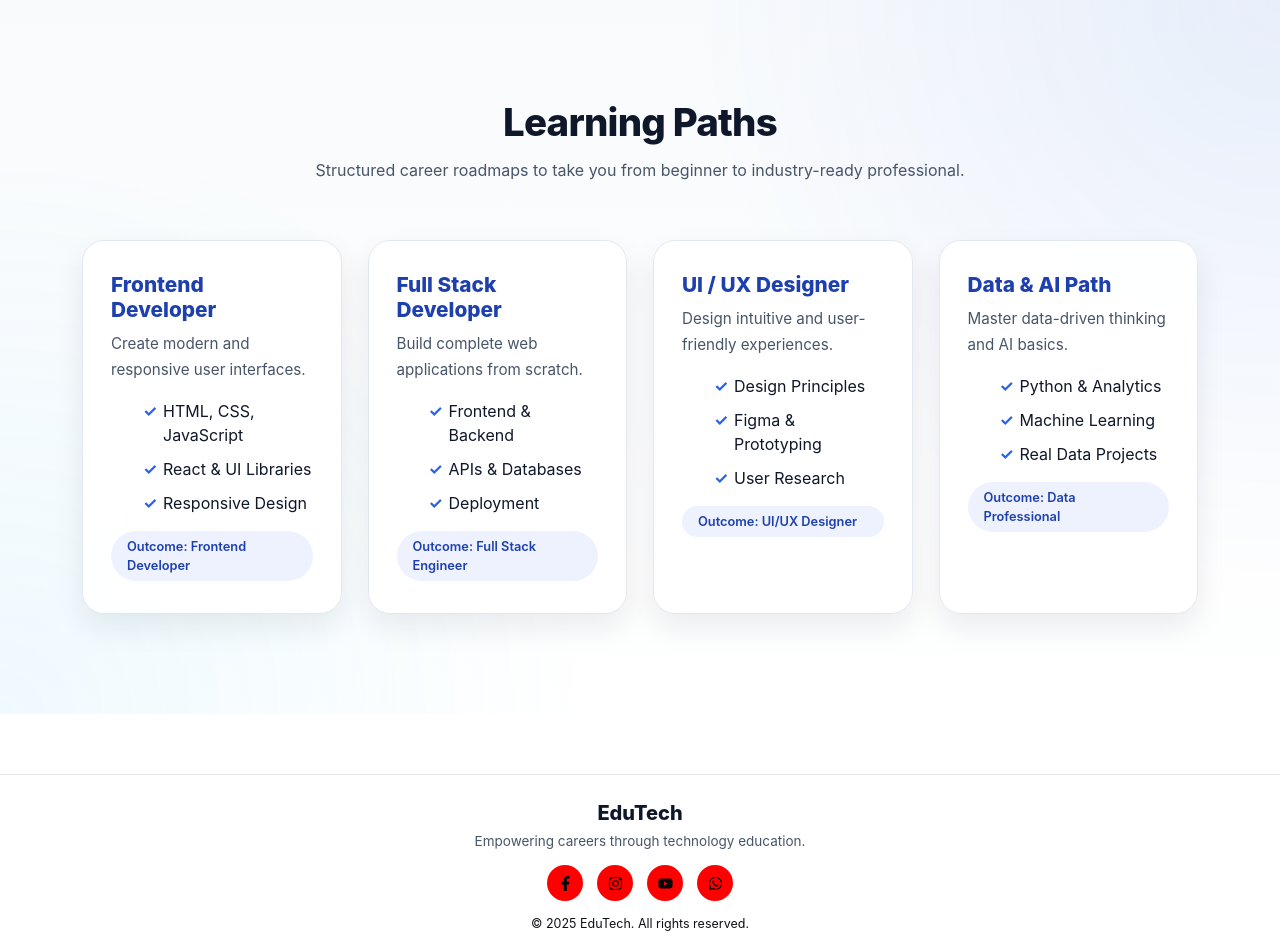
Repository: Aswin74k/project-2
Page: /
An editor plug-in stored every save of this project. The page is shown before and after a run of saves, followed by the edit.
The browser window is 1280 px wide. The pictures show the part of the page from y = 2045 to 2997 px (the page is 2997 px tall).
The project was rebuilt for these pictures with package versions that can differ from the ones it lists, and the page was loaded fresh each time. Also part of the build but not shown: vite.config.js, src/project/course.css, src/project/Course.jsx, src/project/About.css, src/project/About.jsx, src/project/Enroll.css, src/project/Enroll.jsx, src/project/contact.css and 2 more.

Above is the page before, as saved 2025-12-25 19:45:45.

### src/main.jsx
import React from "react";
import ReactDOM from "react-dom/client";
import { BrowserRouter } from "react-router-dom";
import App from "./project/App";
import { AuthProvider } from "./context/AuthContext"; // ✅ ADD THIS
import "bootstrap/dist/css/bootstrap.min.css";

ReactDOM.createRoot(document.getElementById("root")).render(
  <React.StrictMode>
    <BrowserRouter>
      <AuthProvider>
        <App />
      </AuthProvider>
    </BrowserRouter>
  </React.StrictMode>
);

### src/project/App.jsx
import React from "react";
import { Routes, Route } from "react-router-dom";

import EduNavbar from "./EduNavbar";
import Home from "./Home";
import Course from "./Course";
import About from "./About";
import Enroll from "./Enroll";
import Contact from "./Contact";
import ProtectedRoute from "./ProtectedRoute";

export default function App() {
  return (
    <>
      <EduNavbar />

      <Routes>
        <Route path="/" element={<Home />} />
        <Route path="/courses/:id" element={<Course />} />
        <Route path="/about" element={<About />} />
        <Route path="/Contact" element={<Contact />} />


        <Route
          path="/enroll"
          element={
            <ProtectedRoute>
              <Enroll />
            </ProtectedRoute>
          }
        />
      </Routes>

    </>
  );
}

### src/context/AuthContext.jsx
import { createContext, useContext, useState, useEffect } from "react";

const AuthContext = createContext();

export function AuthProvider({ children }) {
  const [user, setUser] = useState(null);
  const [loading, setLoading] = useState(true);

  useEffect(() => {
    const savedUser = JSON.parse(
      localStorage.getItem("loggedInUser")
    );
    if (savedUser) setUser(savedUser);
    setLoading(false);
  }, []);

  const login = (email, password) => {
    const users =
      JSON.parse(localStorage.getItem("registeredUsers")) || [];

    const foundUser = users.find(
      (u) => u.email === email && u.password === password
    );

    if (!foundUser) {
      return { success: false, message: "Invalid email or password" };
    }

    localStorage.setItem(
      "loggedInUser",
      JSON.stringify(foundUser)
    );
    setUser(foundUser);

    return {
      success: true,
      message: `Welcome back, ${foundUser.firstName}`,
    };
  };

  const signup = (data) => {
    const users =
      JSON.parse(localStorage.getItem("registeredUsers")) || [];

    if (users.some((u) => u.email === data.email)) {
      return {
        success: false,
        message: "User already exists with this email!",
      };
    }

    users.push(data);
    localStorage.setItem(
      "registeredUsers",
      JSON.stringify(users)
    );

    localStorage.setItem(
      "loggedInUser",
      JSON.stringify(data)
    );
    setUser(data);

    return {
      success: true,
      message: "Account created successfully",
    };
  };

  const logout = () => {
    localStorage.removeItem("loggedInUser");
    setUser(null);
  };

  return (
    <AuthContext.Provider
      value={{ user, login, signup, logout, loading }}
    >
      {children}
    </AuthContext.Provider>
  );
}

export const useAuth = () => useContext(AuthContext);

### src/project/Home.jsx
import React from "react";
import { Container, Row, Col, Card } from "react-bootstrap";
import { Link } from "react-router-dom";
import {
  FaGraduationCap,
  FaUsers,
  FaChalkboardTeacher,
  FaBriefcase,
  FaStar,
  FaFacebookF,
  FaInstagram,
  FaYoutube,
  FaWhatsapp
} from "react-icons/fa";
import "./Home.css";

export default function Home() {
  const courses = [
    {
      id: "fullstack",
      title: "Full Stack Development",
      level: "Beginner",
      duration: "6 Months",
      rating: "4.8",
      img: "https://encrypted-tbn0.gstatic.com/images?q=tbn:ANd9GcQPaNXGBezXv5c0v_XSQ6pqOScRBb2ShM3IWg&s",
    },
    {
      id: "mern",
      title: "MERN Stack Development",
      level: "Intermediate",
      duration: "5 Months",
      rating: "4.7",
      img: "https://images.prismic.io/loco-blogs/79328284-f97b-489f-924c-eb3b17e34b56_image2.png",
    },
    {
      id: "uiux",
      title: "UI / UX Design",
      level: "Beginner",
      duration: "4 Months",
      rating: "4.6",
      img: "https://www.almondsolutions.com/images/blog-ui-ux-150223.jpg",
    },
    {
      id: "datascience",
      title: "Data Science",
      level: "Advanced",
      duration: "6 Months",
      rating: "4.9",
      img: "https://bernardmarr.com/wp-content/uploads/2022/11/The-Top-5-Data-Science-And-Analytics-Trends-In-2023.jpg",
    },
    {
      id: "dataanalytics",
      title: "Data Analytics",
      level: "Beginner",
      duration: "4 Months",
      rating: "4.6",
      img: "https://blog.herzing.ca/hubfs/data%20analytics.jpg",
    },
    {
      id: "aiml",
      title: "AI & Machine Learning",
      level: "Advanced",
      duration: "6 Months",
      rating: "4.9",
      img: "https://www.jellyfishtechnologies.com/wp-content/uploads/2021/10/Artificial-Intelligence-versus-Machine-Learning.png",
    },
    {
      id: "cloud",
      title: "Cloud Computing",
      level: "Intermediate",
      duration: "4 Months",
      rating: "4.7",
      img: "https://bernardmarr.com/img/The%205%20Biggest%20Cloud%20Computing%20Trends%20In%202021.jpg",
    },
    {
      id: "devops",
      title: "DevOps Engineering",
      level: "Advanced",
      duration: "5 Months",
      rating: "4.8",
      img: "https://www.itrainu.in/wp-content/uploads/2021/03/DEVOPS-1.jpg",
    },
  ];

  return (
    <div className="home">

      {/* HERO */}
      <section className="hero-section">
        <Container>
          <div className="hero-content">
            <h1>
              Learn Future-Ready Skills with <span>EduTech</span>
            </h1>
            <p>
              Industry-aligned courses, real-world projects, and expert mentors
              to accelerate your career.
            </p>

            <div className="hero-actions">
              <Link to="/about" className="btn btn-outline-light btn-lg">
                Learn More
              </Link>
            </div>
          </div>
        </Container>
      </section>

      {/* STATS */}
      <section className="stats-section">
        <Container>
          <Row className="g-4">
            <Col md={3}><div className="stat-box"><FaUsers /><h3>25K+</h3><p>Learners</p></div></Col>
            <Col md={3}><div className="stat-box"><FaGraduationCap /><h3>8+</h3><p>Courses</p></div></Col>
            <Col md={3}><div className="stat-box"><FaChalkboardTeacher /><h3>50+</h3><p>Mentors</p></div></Col>
            <Col md={3}><div className="stat-box"><FaBriefcase /><h3>100+</h3><p>Projects</p></div></Col>
          </Row>
        </Container>
      </section>

      {/* COURSES */}
      <section className="courses-section">
        <Container>
          <h2 className="section-title">Popular Courses</h2>
          <Row>
            {courses.map((course) => (
              <Col lg={3} md={4} sm={6} key={course.id} className="mb-4">
                <Card className="course-card h-100">
                  <Card.Img src={course.img} className="course-img" />
                  <Card.Body>
                    <Card.Title>{course.title}</Card.Title>
                    <div className="course-meta">
                      <span>{course.level}</span>
                      <span>{course.duration}</span>
                    </div>
                    <div className="course-rating">
                      <FaStar /> {course.rating}
                    </div>
                    <Link to={`/courses/${course.id}`} className="btn btn-outline-primary w-100 mt-3">
                      View Details
                    </Link>
                  </Card.Body>
                </Card>
              </Col>
            ))}
          </Row>
        </Container>
      </section>
{/* LEARNING PATHS */}
<section className="paths-section">
  <div className="container">
    <h2 className="section-title">Learning Paths</h2>
    <p className="section-subtitle">
      Structured career roadmaps to take you from beginner to industry-ready professional.
    </p>

    <div className="paths-grid">
      <div className="path-card">
        <h4>Frontend Developer</h4>
        <p>Create modern and responsive user interfaces.</p>

        <ul>
          <li>HTML, CSS, JavaScript</li>
          <li>React & UI Libraries</li>
          <li>Responsive Design</li>
        </ul>

        <div className="path-outcome">Outcome: Frontend Developer</div>
      </div>

      <div className="path-card">
        <h4>Full Stack Developer</h4>
        <p>Build complete web applications from scratch.</p>

        <ul>
          <li>Frontend & Backend</li>
          <li>APIs & Databases</li>
          <li>Deployment</li>
        </ul>

        <div className="path-outcome">Outcome: Full Stack Engineer</div>
      </div>

      <div className="path-card">
        <h4>UI / UX Designer</h4>
        <p>Design intuitive and user-friendly experiences.</p>

        <ul>
          <li>Design Principles</li>
          <li>Figma & Prototyping</li>
          <li>User Research</li>
        </ul>

        <div className="path-outcome">Outcome: UI/UX Designer</div>
      </div>

      <div className="path-card">
        <h4>Data & AI Path</h4>
        <p>Master data-driven thinking and AI basics.</p>

        <ul>
          <li>Python & Analytics</li>
          <li>Machine Learning</li>
          <li>Real Data Projects</li>
        </ul>

        <div className="path-outcome">Outcome: Data Professional</div>
      </div>
    </div>
  </div>
</section>



      {/* FOOTER */}
      <footer className="footer">
        <Container className="text-center">
          <h3 className="footer-logo">EduTech</h3>
          <p className="footer-tagline">
            Empowering careers through technology education.
          </p>

          <div className="footer-social">
            <a className="fb"><FaFacebookF /></a>
            <a className="ig"><FaInstagram /></a>
            <a className="yt"><FaYoutube /></a>
            <a className="wa"><FaWhatsapp /></a>
          </div>

          <p className="copy">© 2025 EduTech. All rights reserved.</p>
        </Container>
      </footer>

    </div>
  );
}

### src/project/Navbar.css
/* ================= ROOT VARIABLES ================= */
:root {
  --primary: #111827;
  --primary-soft: rgba(17, 24, 39, 0.08);
  --danger: #ef4444;
  --success: #22c55e;

  --text-dark: #000000;
  --text-muted: #6b7280;

  --border-light: #e5e7eb;
  --bg-white: #ffffff;
}

/* ================= NAVBAR ================= */
.navbar {
  background: var(--bg-white);
  padding: 14px 0;
  border-bottom: 1px solid var(--border-light);
  transition: all 0.3s ease;
  z-index: 1000;
}

.navbar-scrolled {
  box-shadow: 0 10px 30px rgba(0, 0, 0, 0.08);
}

/* ================= BRAND ================= */
.navbar-brand {
  font-size: 1.8rem;
  font-weight: 900;
  letter-spacing: -0.5px;

  background: linear-gradient(90deg, #2563eb, #38bdf8);

  background-clip: text;              /* standard */
  -webkit-background-clip: text;      /* safari/chrome */
  -webkit-text-fill-color: transparent;

  transition: all 0.25s ease;
}

/* Optional hover (subtle, classy) */
.navbar-brand:hover {
  transform: translateY(-1px);
  filter: brightness(1.1);
}



/* ================= NAV LINKS ================= */
.navbar-nav .nav-link {
  color: var(--text-dark) !important;
  font-weight: 600;
  font-size: 0.95rem;
  padding: 8px 14px;
  position: relative;
}

.navbar-nav .nav-link::after {
  content: "";
  position: absolute;
  left: 50%;
  bottom: 2px;
  width: 0;
  height: 2px;
  background: var(--text-dark);
  transform: translateX(-50%);
  transition: width 0.3s ease;
}

.navbar-nav .nav-link:hover::after {
  width: 70%;
}

/* ================= SEARCH ================= */
.custom-search {
  position: relative;
  width: 210px;
}

.custom-search input {
  width: 100%;
  padding: 10px 42px 10px 16px;
  border-radius: 999px;
  border: 1px solid var(--border-light);
  background: #e4e5e6;
  font-size: 0.9rem;
}

.custom-search svg {
  position: absolute;
  right: 14px;
  top: 50%;
  transform: translateY(-50%);
  color: var(--text-muted);
}

/* ================= USER ================= */
.username {
  background: var(--primary-soft);
  color: var(--text-dark);
  padding: 6px 14px;
  border-radius: 999px;
  font-size: 0.85rem;
  font-weight: 600;
}

.user-icon {
  font-size: 22px;
  color: var(--text-dark);
  cursor: pointer;
}

/* ================= LOGOUT ICON ================= */
.logout-icon {
  font-size: 24px;
  color: var(--text-dark);
  cursor: pointer;
}

.logout-icon:hover {
  color: var(--danger);
}

/* ================= MODALS ================= */
.modal-content {
  border-radius: 22px;
  border: none;
  box-shadow: 0 30px 90px rgba(0, 0, 0, 0.25);
  padding: 20px;
}

.modal-header {
  border-bottom: 1px solid var(--border-light);
}

.modal-title {
  font-weight: 700;
}

.modal-body {
  padding: 28px 32px 32px;
}

/* ================= AUTH INPUT (IMAGE MATCHED) ================= */
.auth-input {
  width: 100%;
  height: 56px;
  border-radius: 16px;
  border: 1.5px solid #d1d5db;
  padding: 14px 18px;
  font-size: 1rem;
  margin-bottom: 18px;
  background: #ffffff;
}

.auth-input:focus {
  outline: none;
  border-color: #6366f1;
  box-shadow: 0 0 0 2px rgba(99, 102, 241, 0.25);
}

/* ================= PASSWORD ================= */
.password-wrapper {
  position: relative;
}

.password-wrapper span {
  position: absolute;
  right: 18px;
  top: 40%;
  transform: translateY(-50%);
  font-size: 18px;
  color: var(--text-muted);
  cursor: pointer;
}

/* ================= NAME ROW (SIGNUP) ================= */
.name-row {
  display: grid;
  grid-template-columns: 1fr 1fr;
  gap: 18px;
  margin-bottom: 18px;
}

/* ================= AUTH BUTTON ================= */
.auth-btn {
  width: 100%;
  height: 56px;
  border-radius: 16px;
  background: var(--text-dark);
  border: none;
  color: #fff;
  font-size: 1.05rem;
  font-weight: 600;
  margin-top: 8px;
}

.auth-btn:hover {
  opacity: 0.9;
}

/* ================= AUTH FOOTER ================= */
.auth-footer {
  margin-top: 16px;
  text-align: center;
  font-size: 0.9rem;
  color: var(--text-muted);
}

.auth-footer span {
  color: var(--text-dark);
  font-weight: 600;
  cursor: pointer;
}

/* ================= LOGOUT MODAL ================= */
.logout-modal .logout-icon-wrapper {
  width: 64px;
  height: 64px;
  background: rgba(0, 0, 0, 0.08);
  color: var(--danger);
  border-radius: 50%;
  display: flex;
  align-items: center;
  justify-content: center;
  font-size: 28px;
  margin: 0 auto 16px;
}

.logout-actions {
  display: flex;
  gap: 14px;
  justify-content: center;
}

.logout-cancel {
  padding: 10px 22px;
  border-radius: 14px;
  border: 2px solid var(--text-dark);
  background: transparent;
  font-weight: 600;
}

.logout-confirm {
  padding: 10px 22px;
  border-radius: 14px;
  background: var(--danger);
  border: none;
  color: #fff;
  font-weight: 600;
}

/* ================= MOBILE ================= */
@media (max-width: 768px) {
  .navbar-collapse {
    background: #ffffff;
    padding: 18px;
    border-radius: 16px;
    margin-top: 10px;
  }

  .custom-search {
    width: 100%;
    margin-top: 12px;
  }

  .name-row {
    grid-template-columns: 1fr;
  }
}

/* ================= AUTH MESSAGES (FINAL POLISH) ================= */
.modal-message {
  padding: 14px 18px;
  border-radius: 14px;
  font-size: 0.9rem;
  font-weight: 600;
  text-align: center;
  margin-bottom: 18px;
  line-height: 1.4;
  animation: messageFade 0.25s ease-in-out;
}

/* SUCCESS */
.modal-message.success {
  background: rgba(34, 197, 94, 0.14);
  color: #15803d;
  border: 1.5px solid rgba(34, 197, 94, 0.35);
}

/* ERROR */
.modal-message.error {
  background: rgba(239, 68, 68, 0.14);
  color: #b91c1c;
  border: 1.5px solid rgba(239, 68, 68, 0.35);
}

/* subtle animation */
@keyframes messageFade {
  from {
    opacity: 0;
    transform: translateY(-6px);
  }
  to {
    opacity: 1;
    transform: translateY(0);
  }
}

### src/project/Home.css
/* =========================
   DESIGN TOKENS
========================= */
:root {
  --primary: #2563eb;
  --primary-dark: #1e40af;
  --accent: #38bdf8;

  --text-main: #0f172a;
  --text-muted: #475569;

  --bg-light: #f8fafc;
  --glass: rgba(255, 255, 255, 0.92);

  --radius-lg: 22px;
  --radius-md: 14px;

  --shadow-soft: 0 14px 30px rgba(15, 23, 42, 0.08);
  --shadow-strong: 0 28px 60px rgba(15, 23, 42, 0.16);
}

/* =========================
   BASE
========================= */
.home {
  font-family: "Inter", "Segoe UI", system-ui, sans-serif;
  color: var(--text-main);
  background: #ffffff;
  overflow-x: hidden;
}

/* =========================
   SECTION HEADINGS
========================= */
.section-title {
  text-align: center;
  font-size: clamp(2rem, 3vw, 2.5rem);
  font-weight: 800;
  letter-spacing: -0.02em;
  margin-bottom: 12px;
}

.section-subtitle {
  text-align: center;
  max-width: 720px;
  margin: 0 auto 56px;
  font-size: 1rem;
  color: var(--text-muted);
  line-height: 1.7;
}

/* =========================
   HERO SECTION
========================= */
.hero-section {
  min-height: 95vh;
  background:
    linear-gradient(120deg, rgba(15, 23, 42, 0.92), rgba(15, 23, 42, 0.85)),
    url("https://images.unsplash.com/photo-1523240795612-9a054b0db644");
  background-size: cover;
  background-position: center;
  display: flex;
  align-items: center;
}

.hero-content {
  max-width: 860px;
  margin: auto;
  text-align: center;
  color: #ffffff;
}

.hero-content h1 {
  font-size: clamp(2.4rem, 4vw, 3.3rem);
  font-weight: 900;
  line-height: 1.15;
  margin-bottom: 20px;
}

.hero-content span {
  background: linear-gradient(90deg, var(--accent), var(--primary));
  background-clip: text;
  -webkit-background-clip: text;
  -webkit-text-fill-color: transparent;
}

.hero-content p {
  font-size: 1.1rem;
  line-height: 1.8;
  color: #e5e7eb;
  margin-bottom: 38px;
}

.hero-actions {
  display: flex;
  justify-content: center;
  gap: 18px;
}

.hero-actions .btn {
  padding: 12px 32px;
  font-size: 15.5px;
  border-radius: 999px;
  font-weight: 600;
  transition: all 0.3s ease;
}

.hero-actions .btn-primary {
  background: linear-gradient(135deg, var(--primary), var(--accent));
  border: none;
}

.hero-actions .btn-primary:hover {
  transform: translateY(-2px);
  box-shadow: var(--shadow-soft);
}

.hero-actions .btn-outline-light:hover {
  background: rgba(255, 255, 255, 0.12);
}

/* =========================
   STATS SECTION
========================= */
.stats-section {
  padding: 80px 0;
  background: linear-gradient(180deg, #f8fafc, #ffffff);
}

.stat-box {
  background: #ffffff;
  border-radius: var(--radius-md);
  padding: 32px 18px;
  text-align: center;
  box-shadow: var(--shadow-soft);
  transition: box-shadow 0.3s ease;
}

.stat-box:hover {
  box-shadow: var(--shadow-strong);
}

.stat-box svg {
  font-size: 38px;
  color: var(--primary);
  margin-bottom: 12px;
}

.stat-box h3 {
  font-size: 30px;
  font-weight: 800;
  margin-bottom: 4px;
}

.stat-box p {
  font-size: 14px;
  color: var(--text-muted);
}

/* =========================
   COURSES
========================= */
.courses-section {
  padding: 90px 0;
}

.course-card {
  border-radius: var(--radius-lg);
  overflow: hidden;
  background: #ffffff;
  box-shadow: var(--shadow-soft);
  transition: box-shadow 0.3s ease;
}

.course-card:hover {
  box-shadow: var(--shadow-strong);
}

.course-img {
  height: 180px;
  object-fit: cover;
}

.course-card .card-body {
  padding: 22px;
}

.course-card .card-title {
  font-size: 16.5px;
  font-weight: 700;
  margin-bottom: 8px;
}

.course-meta {
  display: flex;
  justify-content: space-between;
  font-size: 13px;
  color: #64748b;
  margin-bottom: 10px;
}

.course-rating {
  display: flex;
  align-items: center;
  gap: 6px;
  color: hsl(48, 96%, 53%);
}


.course-card .btn {
  border-radius: 999px;
  font-weight: 600;
}

/* =========================
   CAREER PATHS
========================= */
.paths-section {
  padding: 100px 0;
  background:
    radial-gradient(circle at top right, rgba(37, 99, 235, 0.08), transparent 40%),
    radial-gradient(circle at bottom left, rgba(56, 189, 248, 0.08), transparent 40%),
    linear-gradient(180deg, #f8fafc, #ffffff);
}

.paths-grid {
  display: grid;
  grid-template-columns: repeat(4, 1fr);
  gap: 26px;
}

.path-card {
  background: var(--glass);
  border-radius: var(--radius-lg);
  padding: 32px 28px;
  box-shadow: var(--shadow-soft);
  backdrop-filter: blur(12px);
  border: 1px solid #e2e8f0;
  transition: box-shadow 0.3s ease, border-color 0.3s ease;
}

.path-card:hover {
  box-shadow: var(--shadow-strong);
  border-color: rgba(37, 99, 235, 0.3);
}

.path-card h4 {
  font-size: 1.3rem;
  font-weight: 800;
  color: var(--primary-dark);
}

.path-card p {
  font-size: 0.95rem;
  color: var(--text-muted);
  line-height: 1.7;
}

.path-card ul li {
  list-style: none;
  margin-bottom: 10px;
  padding-left: 20px;
  position: relative;
}

.path-card ul li::before {
  content: "✓";
  position: absolute;
  left: 0;
  color: var(--primary);
  font-weight: 700;
}

.path-outcome {
  margin-top: 14px;
  padding: 6px 16px;
  border-radius: 999px;
  font-size: 0.8rem;
  font-weight: 600;
  background: #eef2ff;
  color: var(--primary-dark);
}

/* =========================
   FOOTER (FULL WHITE)
========================= */
.footer {
  background: #ffffff;
  color: #0f172a;
  padding: 26px 0 18px;
  margin-top: 60px;
  border-top: 1px solid #e5e7eb;
}

.footer-logo {
  font-size: 20px;
  font-weight: 800;
  color: #0f172a;
  margin-bottom: 6px;
}

.footer-tagline {
  font-size: 13.5px;
  color: #475569;
  margin-bottom: 14px;
}

.footer-social {
  display: flex;
  justify-content: center;
  gap: 14px;
  margin-bottom: 14px;
}

/* KEEP ICON COLORS SAME */
.footer-social a {
  background-color: red;
  width: 36px;
  height: 36px;
  border-radius: 50%;
  display: flex;
  align-items: center;
  justify-content: center;
  color: #060505;
  font-size: 15px;
  transition: transform 0.25s ease;
}

.footer-social a:hover {
  transform: translateY(-2px);
}

.copy {
  font-size: 12.5px;
  color: #0f1115;
  margin: 0;
}

/* =========================
   RESPONSIVE
========================= */
@media (max-width: 1200px) {
  .paths-grid { grid-template-columns: repeat(3, 1fr); }
}

@media (max-width: 992px) {
  .paths-grid { grid-template-columns: repeat(2, 1fr); }
}

@media (max-width: 576px) {
  .paths-grid { grid-template-columns: 1fr; }
  .hero-actions { flex-direction: column; }
}

Loaded but not shown: index.html (common file); src/project/EduNavbar.jsx (341 lines, source omitted)

After the next 2 saves:
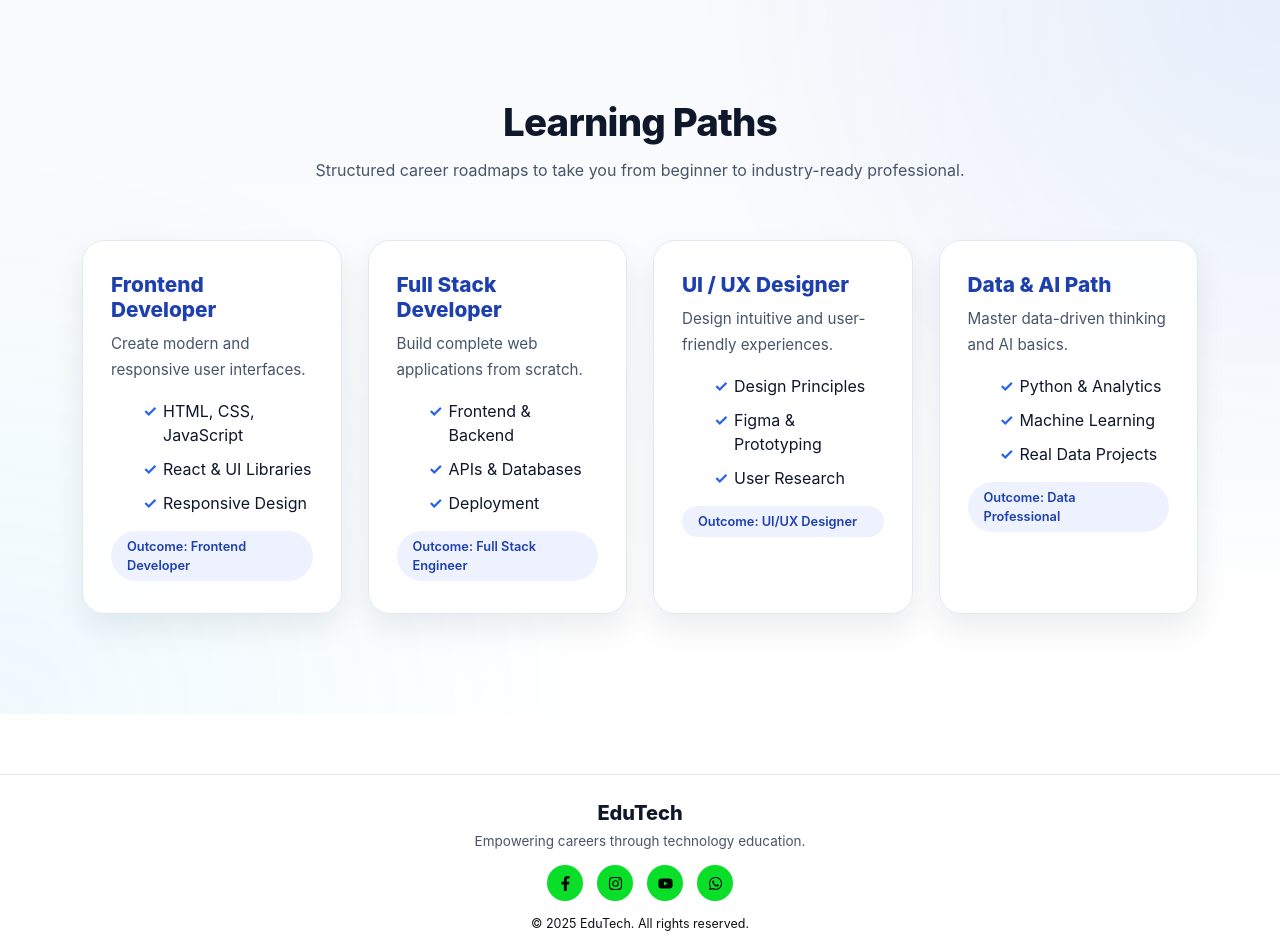
The 2 saves are shown as one change because they came seconds apart.
The last was saved 19 s later.
--- a/src/project/Home.css
+++ b/src/project/Home.css
@@ -314,7 +314,7 @@
 
 /* KEEP ICON COLORS SAME */
 .footer-social a {
-  background-color: red;
+  background-color: rgb(9, 223, 41);
   width: 36px;
   height: 36px;
   border-radius: 50%;
